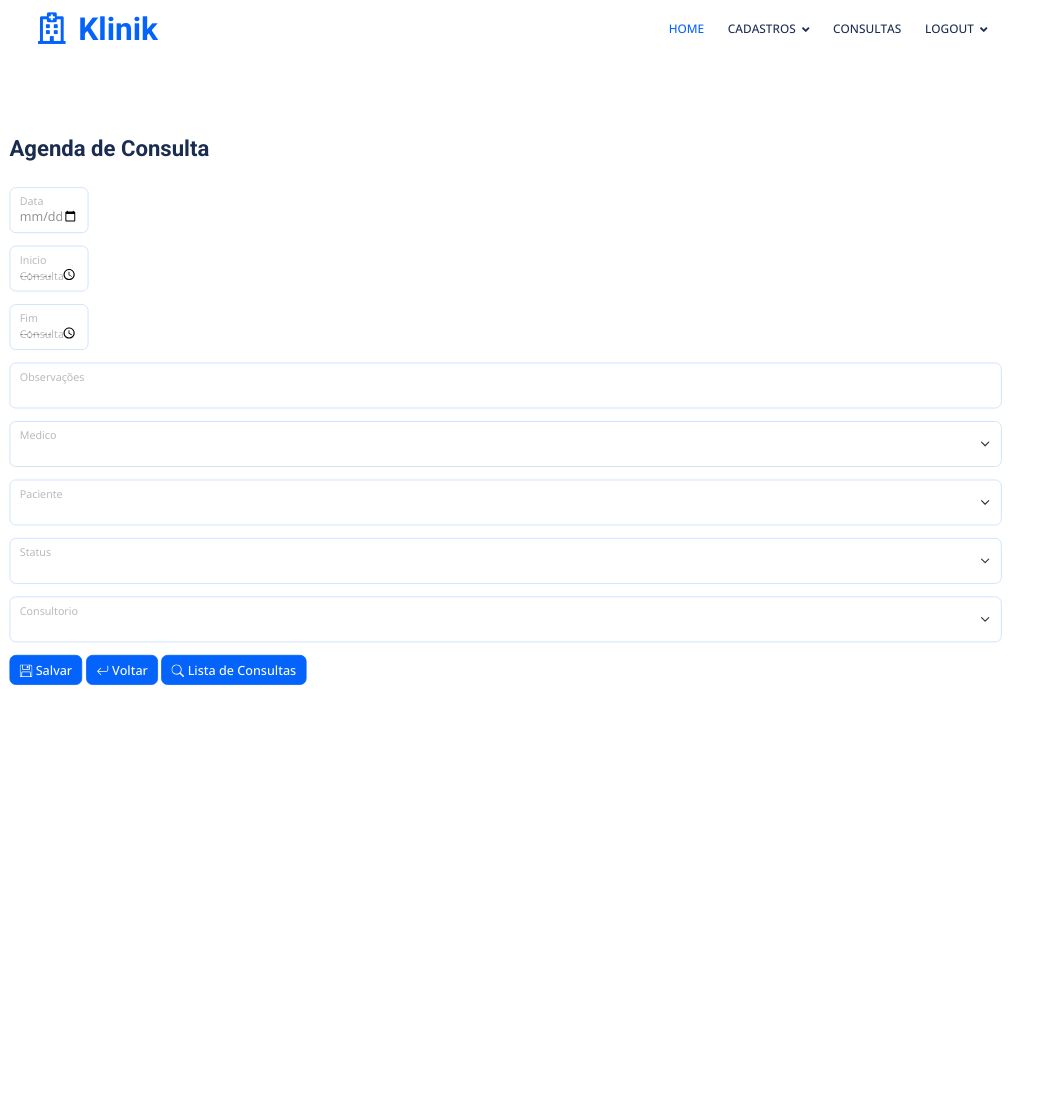
Repository: henrickrufino91/AgendaConsultas
Page: http://localhost/consulta/novaConsulta
These files come from the project's save history. The page is drawn as it stood at one moment and after the next save; the edit follows.
The browser window is 1280 px wide. The page is 1331 px wide, so the pictures cover 1331 px, including what lies to the right of the window. The pictures show the whole page, at 79% of full size.
Some web libraries are served in a nearby version. The page is this project's Thymeleaf template; nobody is signed in. The template is opened directly, without the code that normally fills it, so the values that code supplies are empty.

Above is the page before, as saved 2024-12-27 03:48:39.

After the next save:
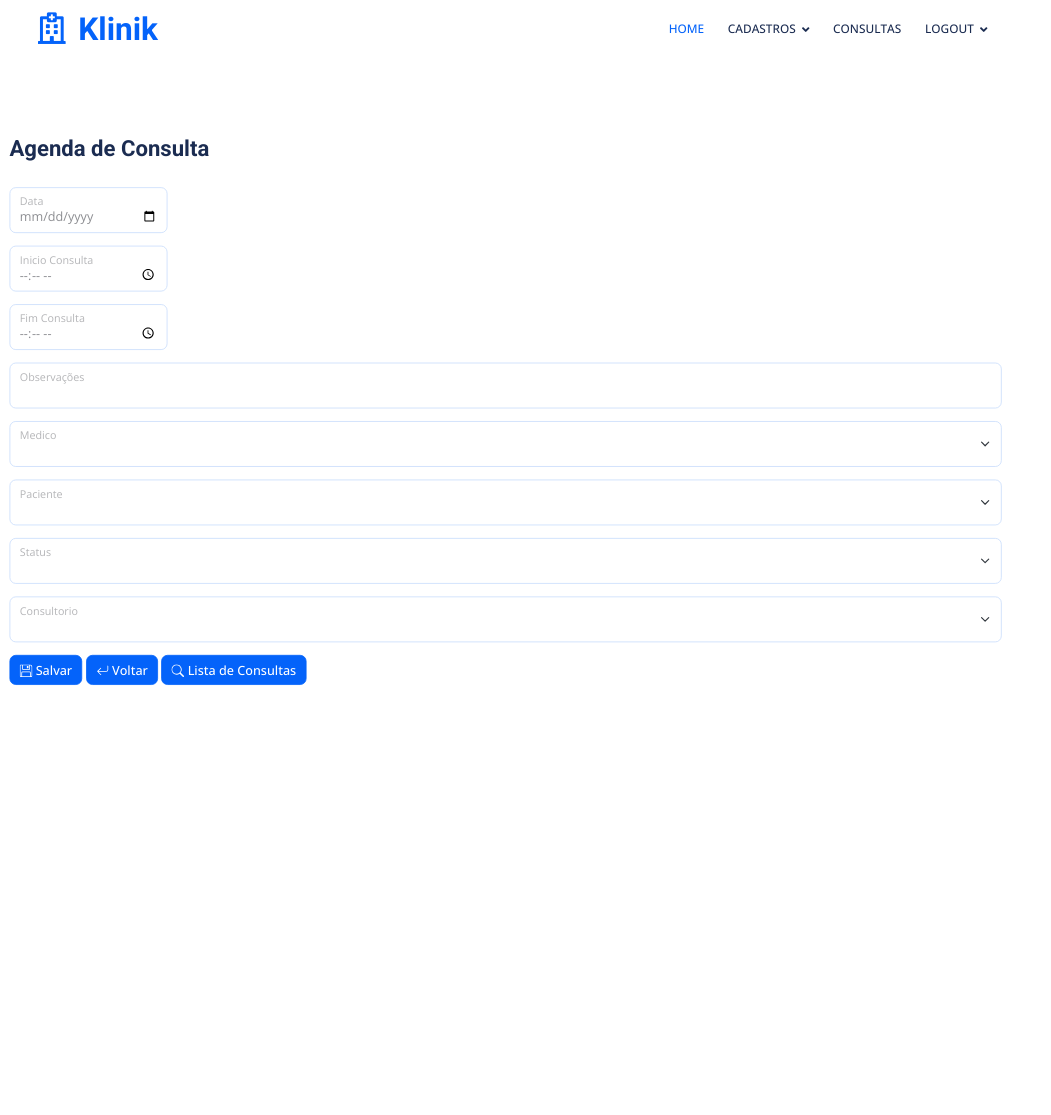
Saved 15 s later.
--- a/clinica/src/main/resources/templates/consulta/novaConsulta.html
+++ b/clinica/src/main/resources/templates/consulta/novaConsulta.html
@@ -111,7 +111,7 @@
 
 											<br>
 
-											<div style="width: 100px">
+											<div style="width: 200px">
 
                                             <div class="form-floating mb-3" id="a1">
                                                 <input class="form-control" th:field="*{dataConsulta}" id="inputEmail" type="date" />
